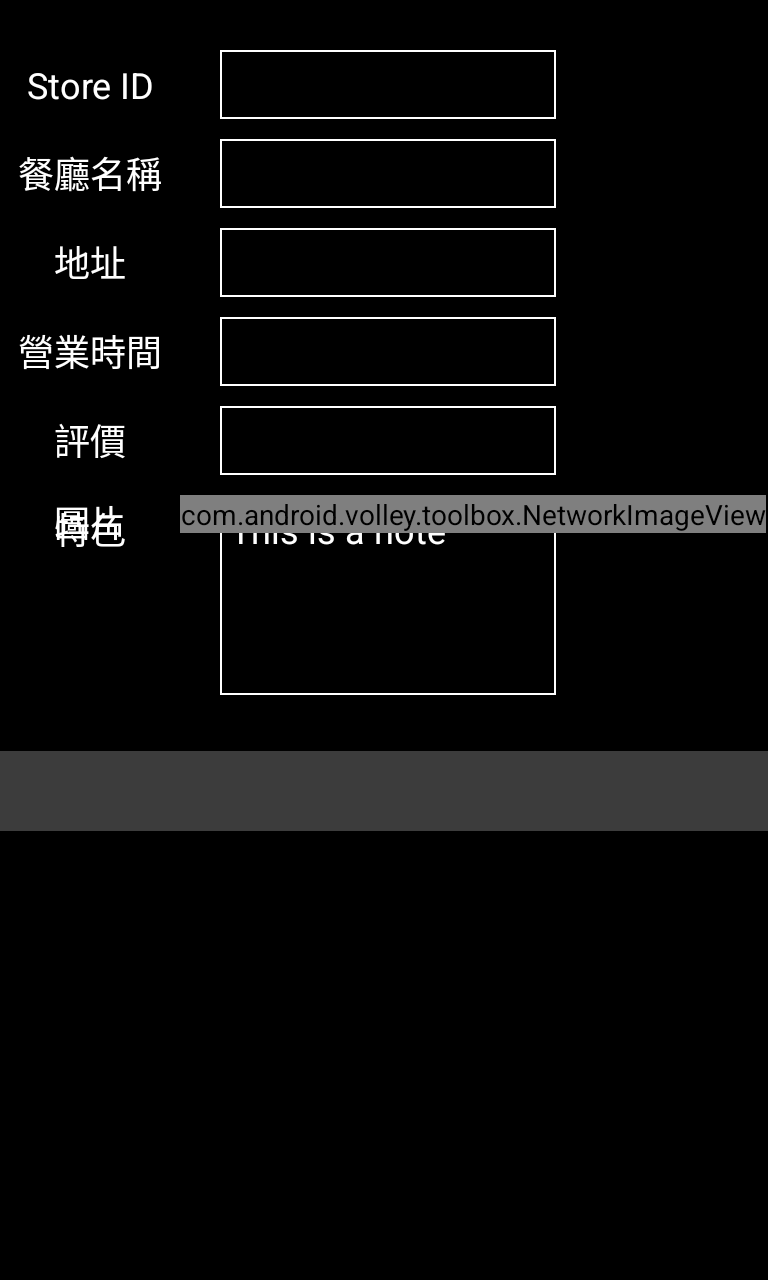
Repository: cnevinc/togather
Layout: GeorgeMe/res/layout/act_invatation.xml
These files come from the project's save history. The layout is drawn as it stood at one moment and after the next save; the edit follows.
Pictures or frames that could not be fetched are drawn as grey boxes. It is drawn on a 768 x 1280 px phone screen (xhdpi) without system bars, with theme android:Theme.Holo; the app's code is not run.

Above is the layout before, as saved 2014-07-27 00:55:40.

After the next save:
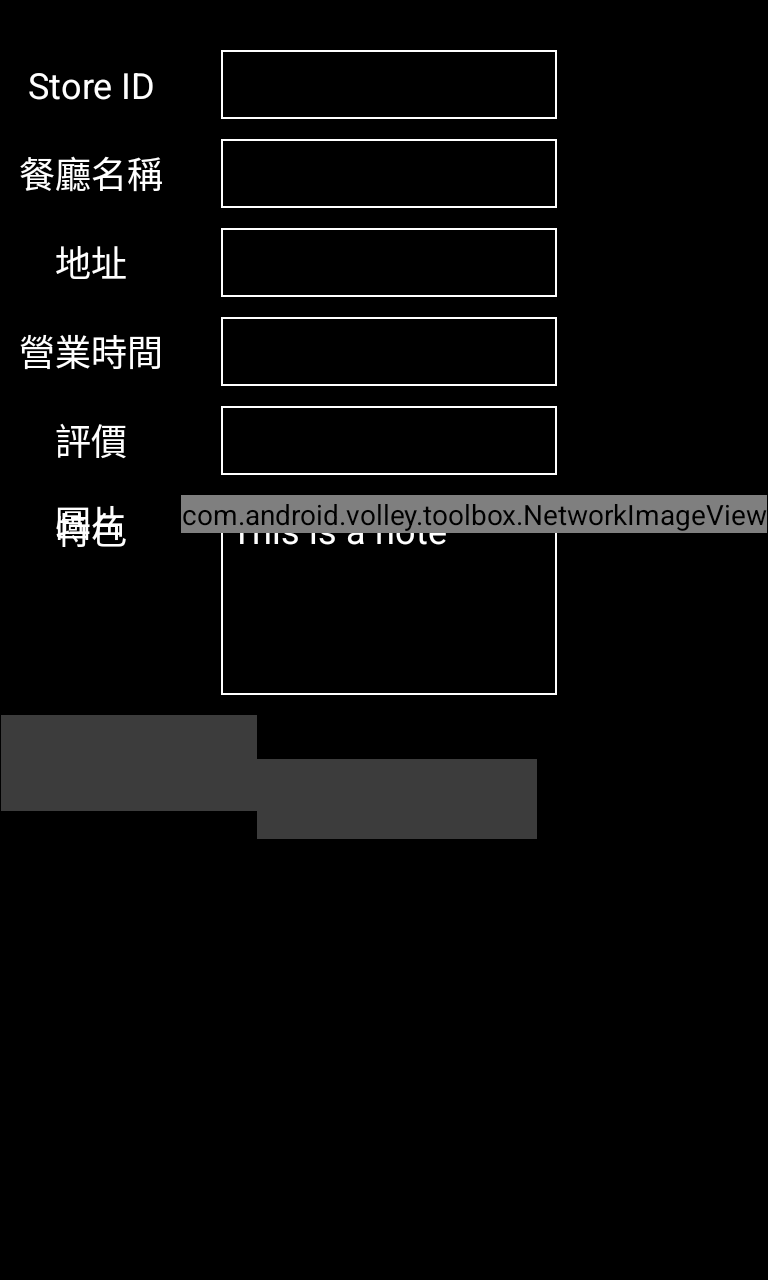
Saved 74 s later.
--- a/GeorgeMe/res/layout/act_invatation.xml
+++ b/GeorgeMe/res/layout/act_invatation.xml
@@ -219,6 +219,22 @@
                     android:layout_below="@id/lin_l6"
                     android:layout_marginTop="10dp"
                     android:orientation="horizontal" >
+
+                    <Button
+                        android:id="@+id/btn_p"
+                        android:layout_width="wrap_content"
+                        android:layout_height="wrap_content"
+                        android:background="#3c3c3c"
+                        android:textAppearance="?android:attr/textAppearanceMedium"
+                        android:textColor="#ffffff" />
+
+                    <Button
+                        android:id="@+id/btn_ok"
+                        android:layout_width="wrap_content"
+                        android:layout_height="wrap_content"
+                        android:background="#3c3c3c"
+                        android:textAppearance="?android:attr/textAppearanceMedium"
+                        android:textColor="#ffffff" />
 
                     <Button
                         android:id="@+id/btn_continue"
@@ -231,30 +247,6 @@
                         android:background="#3c3c3c"
                         android:textAppearance="?android:attr/textAppearanceMedium"
                         android:textColor="#ffffff" />
-
-                    <Button
-                        android:id="@+id/btn_continue"
-                        android:layout_width="140dp"
-                        android:layout_height="40dp"
-                        android:layout_below="@+id/lin_l7"
-                        android:layout_centerInParent="true"
-                        android:layout_marginBottom="20dp"
-                        android:layout_marginTop="18dp"
-                        android:background="#3c3c3c"
-                        android:textAppearance="?android:attr/textAppearanceMedium"
-                        android:textColor="#ffffff" />
-
-                    <Button
-                        android:id="@+id/btn_continue"
-                        android:layout_width="140dp"
-                        android:layout_height="40dp"
-                        android:layout_below="@+id/lin_l7"
-                        android:layout_centerInParent="true"
-                        android:layout_marginBottom="20dp"
-                        android:layout_marginTop="18dp"
-                        android:background="#3c3c3c"
-                        android:textAppearance="?android:attr/textAppearanceMedium"
-                        android:textColor="#ffffff" />
                 </LinearLayout>
             </RelativeLayout>
         </RelativeLayout>
